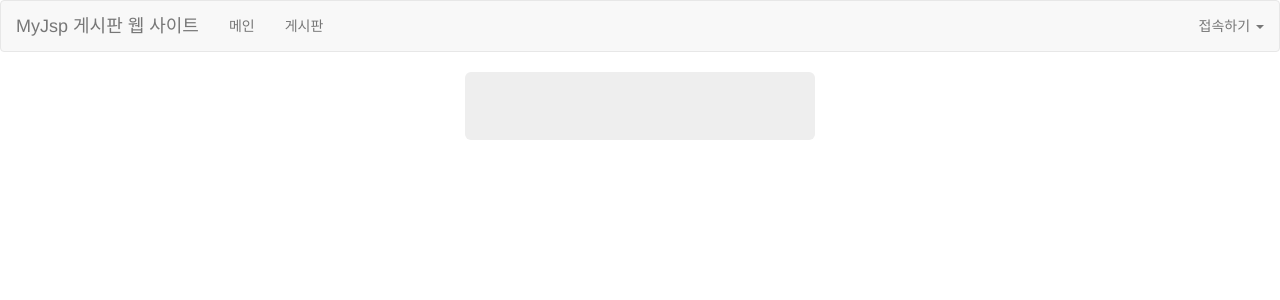
Repository: Ji3un/JspBoard
Page: http://localhost/BBS/join.jsp
An editor plug-in stored every save of this project. The page is shown before and after the next save, followed by the edit.
The browser window is 1280 px wide. The pictures show the whole page.
Some web libraries are served in a nearby version. The page is served by Tomcat 9. Other server files are loaded and not shown.

Above is the page before, as saved 2017-10-03 10:41:18.

### BBS/WebContent/join.jsp
<%@ page language="java" contentType="text/html; charset=UTF-8"
    pageEncoding="UTF-8"%>
<!DOCTYPE html>
<html>
<head>
<meta name="viewport" content="width=device-width", initial-scale="1">
<meta http-equiv="Content-Type" content="text/html; charset=UTF-8">
<link rel="stylesheet" href="css/bootstrap.css">
<title>MyJsp 게시판</title>
</head>
<body>
	<nav class="navbar navbar-default">
		<div class="navbar-header">
			<button type="button" class="navbar-toggle collapsed"
			 data-toggle="collapse" data-target="#bs-example-navbar-collapse-1"
			 aria-expanded="false">
				<span class="icon-bar"></span>
				<span class="icon-bar"></span>
				<span class="icon-bar"></span>
			</button>
			<a class="navbar-brand" href="main.jsp">MyJsp 게시판 웹 사이트</a>
		</div>
		<div class="collapse navbar-collapse" id="#bs-example-navbar-collapse-1">
			<ul class="nav navbar-nav">
				<li><a href="main.jsp">메인</a></li>
				<li><a href="bbs.jsp">게시판</a></li>
			</ul>
			<ul class="nav navbar-nav navbar-right">
				<li class="dropdown">
					<a class="dropdown-toggle" data-toggle="dropdown"
					role="button" href="#" aria-haspopup="true" aria-expanded="false">
					접속하기 <span class="caret"></span>
					</a>
					<ul class="dropdown-menu">
						<li class="active"><a href="login.jsp">로그인</a></li>
						<li><a href="join.jsp">회원가입</a></li>
					</ul>
				</li>
			</ul>
		</div>
	</nav>
	<div class="container">
		<div class="col-lg-4"></div>
		<div class="col-lg-4">
			<div class="jumbotron" style="padding-top:20px;">
				<form method="post" action="loginAction.jsp">

				</form>
			</div>
		</div>
		<div class="col-lg-4"></div>
	</div>
	<script src="https://code.jquery.com/jquery-3.2.1.min.js"></script>
	<script src="js/bootstrap.js"></script>
</body>
</html>

Loaded but not shown: BBS/WebContent/css/bootstrap.css (library); BBS/WebContent/js/bootstrap.js (library)

After the next save:
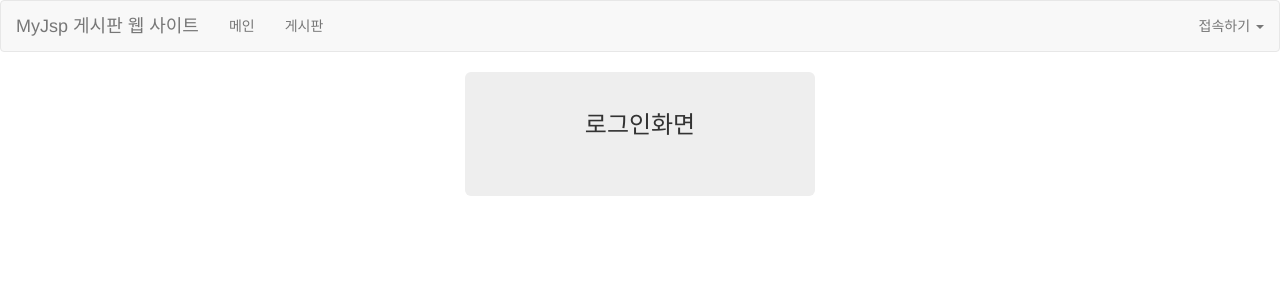
Saved 39 s later.
--- a/BBS/WebContent/join.jsp
+++ b/BBS/WebContent/join.jsp
@@ -44,7 +44,7 @@
 		<div class="col-lg-4">
 			<div class="jumbotron" style="padding-top:20px;">
 				<form method="post" action="loginAction.jsp">
-
+					<h3 style="text-align:center;">로그인화면</h3>
 				</form>
 			</div>
 		</div>
